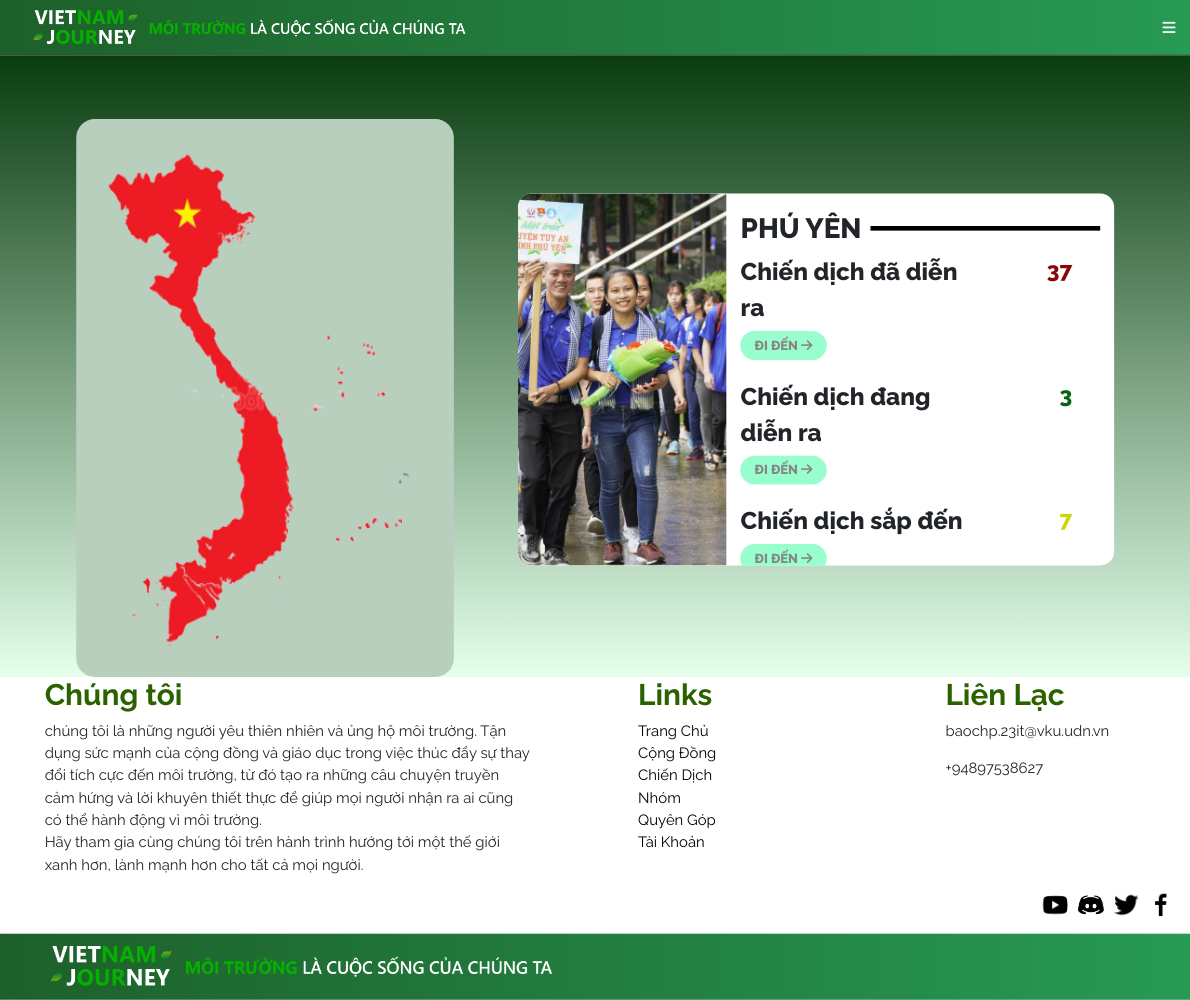
Repository: Boima12/Boima12.github.io_VietnamJourney
Page: HTML/ChienDich/ChienDich.html
An editor plug-in stored every save of this project. The page is shown before and after the next save, followed by the edit.
The browser window is 1280 px wide. The pictures show the whole page, at 93% of full size.

Above is the page before, as saved 2024-05-25 08:11:25.

### HTML/ChienDich/ChienDich.html
<!DOCTYPE html>
<HTML lang="en">

<HEAD>
    <TITLE>Chiến Dịch</TITLE>
    <meta charset="UTF-8">
    <meta name="viewport" content="width=device-width, initial-scale=1.0">

    <!-- CSS -->
    <link rel="stylesheet" href="ChienDich.css">

    <!-- Favicon -->
    <link rel="icon" type="image/x-icon" href="../../Images/yo.ico">

    <!--Bootstrap 5-->
    <link href="https://cdn.jsdelivr.net/npm/bootstrap@5.3.3/dist/css/bootstrap.min.css" rel="stylesheet">
    <script src="https://cdn.jsdelivr.net/npm/bootstrap@5.3.3/dist/js/bootstrap.bundle.min.js"></script>
    <!-- <link rel="stylesheet" href="https://cdn.jsdelivr.net/npm/bootstrap@4.6.2/dist/css/bootstrap.min.css" integrity="sha384-xOolHFLEh07PJGoPkLv1IbcEPTNtaed2xpHsD9ESMhqIYd0nLMwNLD69Npy4HI+N" crossorigin="anonymous"> -->
    <!-- Font Awesome -->
    <link rel="stylesheet" href="https://cdnjs.cloudflare.com/ajax/libs/font-awesome/6.5.1/css/all.min.css">
</HEAD>



<BODY style="background-color: #FFF4E6;">

    <!-- header là Navigation bar -->
    <header id="header1">
        <div class="logo">
            <img class="logo1" src="../../Images/header1.png" onclick="navToIntro()" style="height: 40px;">
            <img class="logo2" src="../../Images/header2.png" onclick="navToIntro()">
        </div>

        <div class="links">
            <nav>
                <a href="../TrangChu/TrangChu.html">TRANG CHỦ</a>
                <a href="../CongDong/CongDong.html">CỘNG ĐỒNG</a>
                <a href="../ChienDich/ChienDich.html">CHIẾN DỊCH</a>
                <a href="../Nhom/Nhom.html">NHÓM</a>
                <a href="../QuyenGop/QuyenGop.html">QUYÊN GÓP</a>
                <a href="../TaiKhoan/TaiKhoan.html">TÀI KHOẢN</a>
            </nav>
        </div>

        <div class="bar" onclick="MenuBar()">
            <i class="fa-solid fa-bars"></i>
        </div>

        <div id="overlay"></div>

        <div id="sidebar">
            <div class="sidebar-content">

                <div style="color: aliceblue;text-align: right;margin-top:0;" onclick="CloseBar()"><i
                        class="fa-solid fa-bars"></i></div>

                <!-- <p>VỀ CHÚNG TÔI <i class="fa-regular fa-address-card"></i></p> -->
                <a href="../TrangChu/TrangChu.html">TRANG CHỦ <i class="fa-solid fa-house"></i></a>
                <a href="../CongDong/CongDong.html">CỘNG ĐỒNG <i class="fa-solid fa-earth-americas"></i></a>
                <a href="../ChienDich/ChienDich.html">CHIẾN DỊCH <i class="fa-solid fa-fire"></i></a>
                <a href="../Nhom/Nhom.html">NHÓM <i class="fa-solid fa-people-group"></i></a>
                <a href="../QuyenGop/QuyenGop.html">QUYÊN GÓP <i class="fa-solid fa-hand-holding-dollar"></i></a>
                <a href="../TaiKhoan/TaiKhoan.html">TÀI KHOẢN <i class="fa-solid fa-user"></i></a>
            </div>

        </div>

    </header>
    <div style="height: 3rem;"></div> <!-- Cách một khoảng cho navigation bar -->















<!-- LÀM Ở ĐÂY -->
    <div class="section-one">
        <div class="container">
            <div class="row">
                <div class="col-xl-5  col-lg-5 col-md-12 col-sm-12 col-12">
                    <div class="map">
                        <img src="./images/bando.png" alt="bản đồ việt nam">
                    </div>
                </div>
                <div class="col-xl-7 col-lg-7 col-md-12 col-sm-12 col-12">
                    <div class="right">
                        <div class="search">
                            <div class="inner-search"></div>
                            <div class="inner-combobox"></div>
                        </div>
                        <div class="content">
                            <img src="./images/anh1.jpg" alt="">
                            <div class="inner-content">
                                <div class="inner-title">
                                    <div class="inner-text">PHÚ YÊN</div>
                                    <div class="inner-line"></div>
                                </div>
                                <div class="part">
                                    <div class="inner-content">
                                        <div class="inner-title">Chiến dịch đã diễn ra</div>
                                        <div class="inner-button">ĐI ĐẾN <i class="fa-solid fa-arrow-right"></i></div>
                                    </div>
                                    <div class="inner-count red">37</div>
                                </div>
                                <div class="part">
                                    <div class="inner-content">
                                        <div class="inner-title">Chiến dịch đang diễn ra</div>
                                        <div class="inner-button">ĐI ĐẾN <i class="fa-solid fa-arrow-right"></i></div>
                                    </div>
                                    <div class="inner-count green">3</div>
                                </div>
                                <div class="part">
                                    <div class="inner-content">
                                        <div class="inner-title">Chiến dịch sắp đến</div>
                                        <div class="inner-button">ĐI ĐẾN <i class="fa-solid fa-arrow-right"></i></div>
                                    </div>
                                    <div class="inner-count yellow">7</div>
                                </div>
                            </div>
                        </div>
                    </div>
                </div>
            </div>
        </div>
    </div>















    <footer>
        <div class="up">
            <div id="about">
                <h2>Chúng tôi</h2>
                <p>chúng tôi là những người yêu thiên nhiên và ủng hộ môi trường. Tận dụng sức mạnh của cộng đồng và giáo dục trong việc thúc đẩy sự thay đổi tích cực đến môi trường, từ đó tạo ra những câu chuyện truyền cảm hứng và lời khuyên thiết thực để giúp mọi người nhận ra ai cũng có thể hành động vì môi trường.<br>
                    Hãy tham gia cùng chúng tôi trên hành trình hướng tới một thế giới xanh hơn, lành mạnh hơn cho tất cả mọi người.
                </p>
            </div>

            <div id="quickLinks">
                <h2>Links</h2>
                <a href="../../HTML/TrangChu/TrangChu.html">Trang Chủ</a>
                <a href="../../HTML/CongDong/CongDong.html">Cộng Đồng</a>
                <a href="../../HTML/ChienDich/ChienDich.html">Chiến Dịch</a>
                <a href="../../HTML/Nhom/Nhom.html">Nhóm</a>
                <a href="../../HTML/QuyenGop/QuyenGop.html">Quyên Góp</a>
                <a href="../../HTML/TaiKhoan/TaiKhoan.html">Tài Khoản</a>
            </div>

            <div id="contacts">
                <h2>Liên Lạc</h2>
                <p>baochp.23it@vku.udn.vn</p>
                <p>+94897538627</p>
            </div>
        </div>


        <div class="mid">
            <a href="https://www.youtube.com/channel/UC1cpkfqLNp6I1HgNy2MUhUg"><img src="../../Images/youtube_icon.png"></a>
            <a href="https://discord.com/invite/45fkbZcj"><img src="../../Images/discord_icon.png"></a>
            <a href="https://x.com/dog_rates"><img src="../../Images/twitter_icon.png"></a>
            <a href="https://web.facebook.com/vku.udn.vn/?_rdc=1&_rdr"><img src="../../Images/facebook_icon.png"></a>
        </div>


        <div class="bot">
            <img class="logo1" src="../../Images/header1.png">
            <img class="logo2" src="../../Images/header2.png">
        </div>
    </footer>


    <!-- JavaScript -->
    <script src="../../Script/ChienDich.js"></script>
    <noscript>Your Browser doesn't support JavaScript</noscript>

</BODY>

</HTML>

### HTML/ChienDich/ChienDich.css
/* IMPORTING */
@font-face {
    font-family: Raleway;
    src: url("../../Fonts/Raleway-VariableFont_wght.ttf");
}

/* END IMPORTING */

/*BASE*/
* {
    box-sizing: border-box;
}

:root {
    --color-bg: #05390C;
    --color-green: #00FF0A;
    --color-text: #000000;
    --color-desc: #868686;
  }

body {
    color: var(--color-text);
}

/*BASE*/

/* Loại bỏ margin - padding global */
* {
    margin: 0px;
    padding: 0px;
}


/* global font */
* {
    font-family: Raleway;
}



/* NAVIGATION BAR */
header {
    display: flex;
    align-items: center;
    justify-content: space-between;
    position: fixed;
    width: 100%;
    height: 60px;
    border-bottom: 1.5px solid rgb(97, 94, 94);
    background: linear-gradient(to right, rgb(29, 96, 42), rgb(39, 154, 83));
    z-index: 999;
}


header div.logo img {
    width: auto;
    height: 2.9rem;
    /* margin-left: 3rem; */
}

header div.logo img.logo1 {
    display: block;
    padding-left: 10px;
    margin: 20px;
}

header div.logo img.logo2 {
    display: none;
}


header div.links nav {
    display: flex;
    justify-content: space-around;
    width: 100%;
}


header div.links nav a {
    margin: 0;
    padding: 0 1rem;

    cursor: pointer;

    text-decoration: none;
    color: white;
    font-size: 16px;
    font-weight: 600;
}


header div.links nav a:hover {
    color: #b8e994;
}


header div.bar {
    display: none;
    margin-right: 1rem;

    color: aliceblue;
    text-align: right;
}


header #overlay {
    display: none;
    position: fixed;

    top: 0;
    left: 0;
    width: 100%;
    height: 100%;

    background-color: rgba(0, 0, 0, 0.8);

    z-index: 9999;
}


header #sidebar {
    display: flex;
    justify-content: flex-end;
    float: right;

    position: fixed;

    top: 0;
    right: -20%;
    width: 20%;
    height: 100%;
    border: none;
    overflow: hidden;

    background: linear-gradient(to top, rgb(37, 79, 46), rgb(53, 189, 105));

    transition: right 0.3s ease-in-out;
    z-index: 10000;

}


header #sidebar.open {
    right: 0;
}


header #sidebar div.sidebar-content {
    display: flex;
    flex-direction: column;
    overflow-y: auto;
    overflow-x: hidden;
    padding: 1.5rem;
    width: 100%;
}


header #sidebar div.sidebar-content a {
    text-align: right;
    text-decoration: none;
    font-size: 1.2rem;

    color: aliceblue;
    margin-top: 1.5rem;

    margin-right: 0;
}


header #sidebar div.sidebar-content a:hover {
    color: #b8e994;
}


header #sidebar div.sidebar-content i {
    font-size: smaller;
}

/* END NAVIGATION BAR */

/* SECTION-ONE */
.section-one {
    background-image: linear-gradient(to bottom, #05390C, #E5FFEB);
    padding-top: 80px;
}

.map {
    width: 90%;
    position: relative;
    border-radius: 20px;
    max-width: 100%;
    overflow: hidden;
    height: 600px;
    object-fit: cover;
    background-color: #b9cfbe ;
}

.map img {
    width: 100%;
    height: 100%;
}

.right {
    height: 600pxx;
}

.right .search {
    height: 50px;
    margin-bottom: 30px;
}

.right .content {
    display: flex;
    border-radius: 15px;
    overflow: hidden;
    height: 400px;
    background-color: white;
}

.right .content img {
    width: 35%;
    height: auto;
    object-fit: cover;
}

.right .content .inner-content {
    width: 65%;
    padding: 15px;
}

.right .content .inner-content .inner-title {
    width: 100%;
    font-size: 30px;
    font-weight: 800;
    display: flex;
    align-items: center;
    margin-bottom: 5px;
}

.right .content .inner-content .inner-title .inner-text {
    display: inline-block;
}

.right .content .inner-content .inner-title .inner-line {
    flex-grow: 1;
    position: relative;
    height: 5px;
    background-color: #000000;
    line-height: 100%;
    margin-left: 10px;
}

.right .content .inner-content .part {
    width: 100%;
    display: flex;
    justify-content: space-between;
    margin-bottom: 20px;
}

.right .content .inner-content .part .inner-content {
    padding: 0;
}

.right .content .inner-content .part .inner-content .inner-title{
    font-size: 26px;
}

.right .content .inner-content .part .inner-content .inner-button {
    font-size: 14px;
    font-weight: 800;
    color: var(--color-desc);
    background-color: #98FECD;
    display: inline-block;
    padding: 5px 15px 5px 15px;
    border-radius: 20px;
}

.right .content .inner-content .part .inner-count {
    font-size: 24px;
    font-weight: 800;
    text-align: center;
    margin-right: 30px;
}

.right .content .inner-content .part .red {
    color: #880707;
}

.right .content .inner-content .part .green {
    color: #086214;
}

.right .content .inner-content .part .yellow {
    color: #c9d705;
}

/* END SECTION-ONE */











































/* Code CSS ở đây */






































/* FOOTER */
footer div.up {
    display: flex;
    justify-content: space-around;
    gap: 1.2rem;
    width: 100%;

    background-color: white;

}


footer div.up h2 {
    font-weight: bold;
    color: #2B6200;
}


footer div.up #about {
    display: flex;
    flex-direction: column;
    justify-content: flex-start;

    width: 50%;
    padding-left: 3rem;
    padding-right: 3rem;
}


footer div.up #quickLinks {
    display: flex;
    flex-direction: column;
    justify-content: flex-start;

    width: 25%;
    padding-left: 3rem;
    padding-right: 3rem;
}


footer div.up #quickLinks a {
    text-decoration: none;
    color: black;
}


footer div.up #contacts {
    display: flex;
    flex-direction: column;
    justify-content: flex-start;

    width: 25%;
    padding-left: 3rem;
    padding-right: 3rem;
}


footer div.mid {
    display: flex;
    justify-content: flex-end;
    gap: 0.5rem;

    width: 100%;
    padding-right: 1rem;
    padding-bottom: 1rem;
    background-color: white;
}


footer div.mid a img {
    width: 30px;
    height: 30px;
}


footer div.bot {
    display: flex;
    justify-content: flex-start;

    padding-left: 3rem;
    padding-top: 0.75rem;
    padding-bottom: 0.75rem;
    width: 100%;

    background: linear-gradient(to right, rgb(29, 96, 42), rgb(39, 154, 83));
}


footer div.bot img {
    width: auto;
    height: 2.9rem;
}


footer div.bot img.logo1 {
    display: block;
}


footer div.bot img.logo2 {
    display: none;
}


/* END FOOTER */













/* RESPONSIVE DESIGN */
@media (max-width: 1380px) {
    header div.links nav a {
        display: none;
    }

    header div.bar  {
        display: block;
    }

    header #sidebar {
        right: -30%;
        width: 30%;
    }
}


@media (max-width: 950px) {
    footer div.up {
        flex-direction: column;
    }

    footer div.up #about {
        width: 100%;
    }

    footer div.up #quickLinks {
        width: 100%;
    }

    footer div.up #contacts {
        width: 100%;
    }
}


@media (max-width: 630px) {
    header {
        height: 3.5rem;
    }

    header div.logo img.logo1 {
        display: none;
    }

    header div.logo img.logo2 {
        display: block;
    }

    header div.logo img {
        width: auto;
        height: 3.5rem;
        margin-left: 14rem;
    }

    header #sidebar {
        right: -50%;
        width: 50%;
    }

    footer div.bot {
        justify-content: center;
        padding-left: 0rem;
    }

    footer div.bot img {
        height: 3.5rem;
    }

    footer div.bot img.logo1 {
        display: none;
    }

    footer div.bot img.logo2 {
        display: block;
    }
}


@media (max-width: 560px) {
    header div.logo img {
        margin-left: 8rem;
    }

    header #sidebar {
        right: -60%;
        width: 60%;
    }
}


@media (max-width: 320px) {
    header div.logo img {
        margin-left: 5rem;
    }
}

/* END RESPONSIVE DESIGN */

### Script/ChienDich.js
// header menu bar
const overlay = document.getElementById('overlay');
const sidebar = document.getElementById('sidebar');

function MenuBar() {
    overlay.style.display = 'block';
    sidebar.classList.add('open');
}

function CloseBar() {
    overlay.style.display = 'none';
    sidebar.classList.remove('open');
}


// back to intro when click the logo
function navToIntro() {
    window.location.href = '../../index.html';
}


// navigation bar background transparency
// const header = document.getElementById('header1');
// function toggle_header() {
//     if (window.screenY == 0) {
//         header.style.background = 'linear-gradient(to right, rgba(29, 96, 42, 0), rgba(39, 154, 83, 0))';
//     } else if (window.screenY < 210) {
//         header.style.background = 'linear-gradient(to right, rgba(29, 96, 42, ' + parseInt(window.scrollY)*2 / 300 + '), rgba(39, 154, 83, ' + parseInt(window.scrollY)*2 / 300 + '))';
//     } else {
//         header.style.background = 'linear-gradient(to right, rgba(29, 96, 42, 0.7), rgba(39, 154, 83, 0.7))';
//     }
// }

// window.addEventListener('scroll', toggle_header);

After the next save:
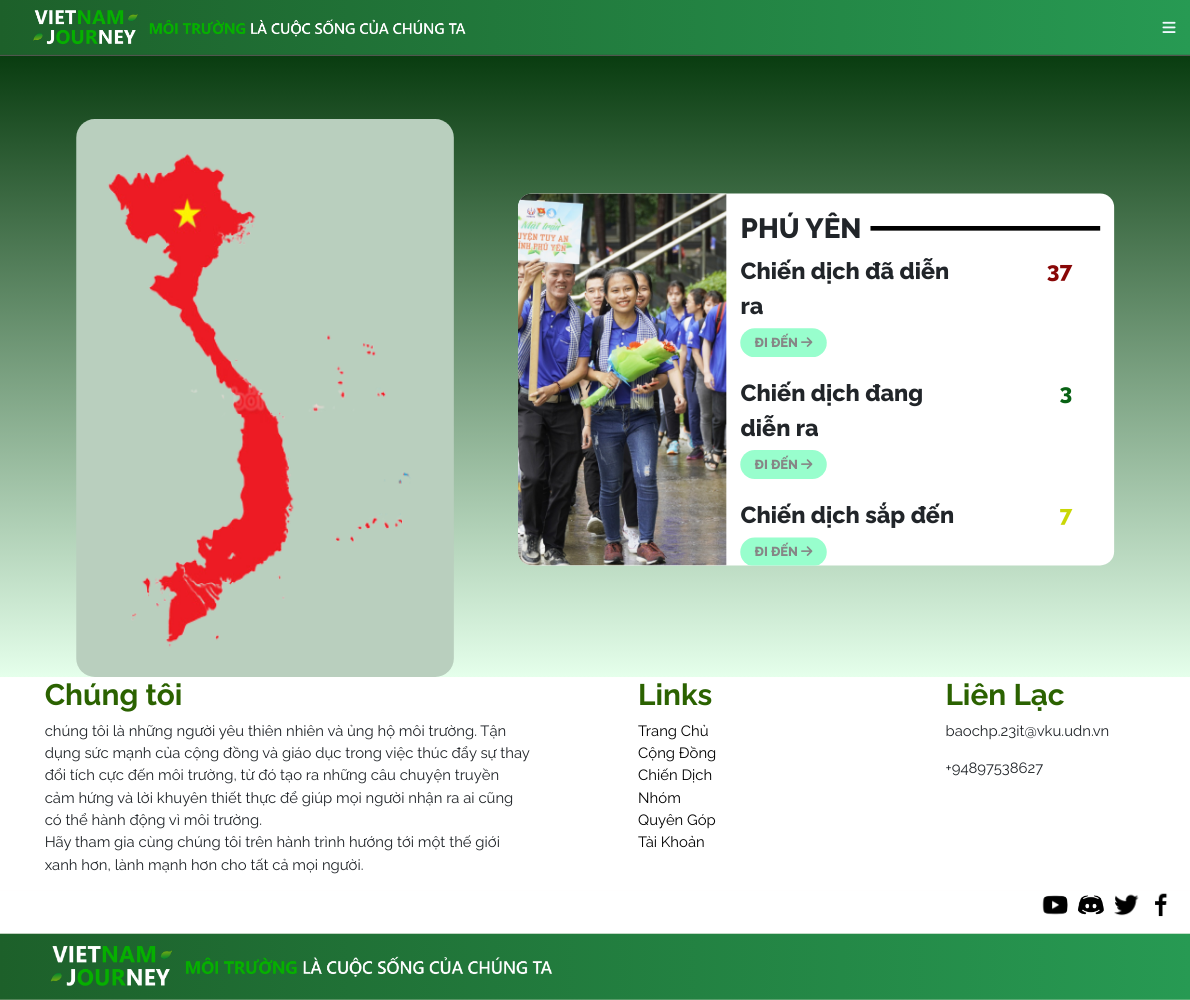
Saved 19 s later.
--- a/HTML/ChienDich/ChienDich.css
+++ b/HTML/ChienDich/ChienDich.css
@@ -262,7 +262,7 @@ header #sidebar div.sidebar-content i {
 }
 
 .right .content .inner-content .part .inner-content .inner-title{
-    font-size: 26px;
+    font-size: 25px;
 }
 
 .right .content .inner-content .part .inner-content .inner-button {
